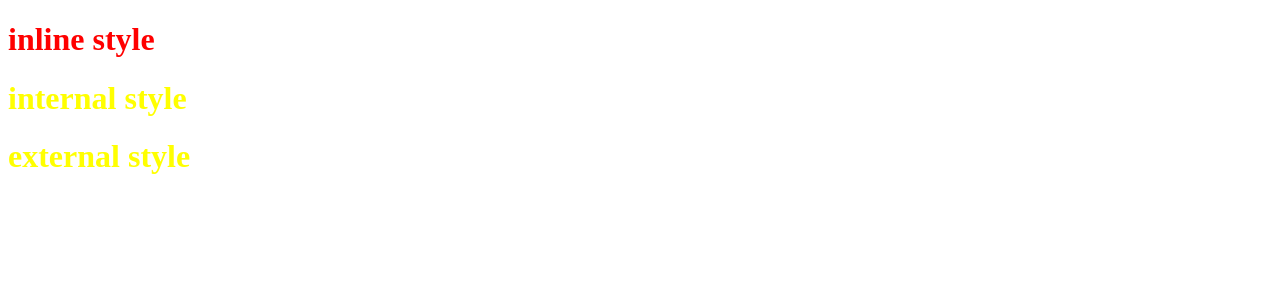
Repository: kwakminjung/bootclass
Page: Day2/frontend/src/main/resources/static/index.html
The author's editor kept a copy of each file at every save. The page is drawn from the files as they stood at one save, then again after the next save.
The browser window is 1280 px wide. The pictures show the whole page.

Above is the page before, as saved 2024-07-02 01:23:59.

After the next save:
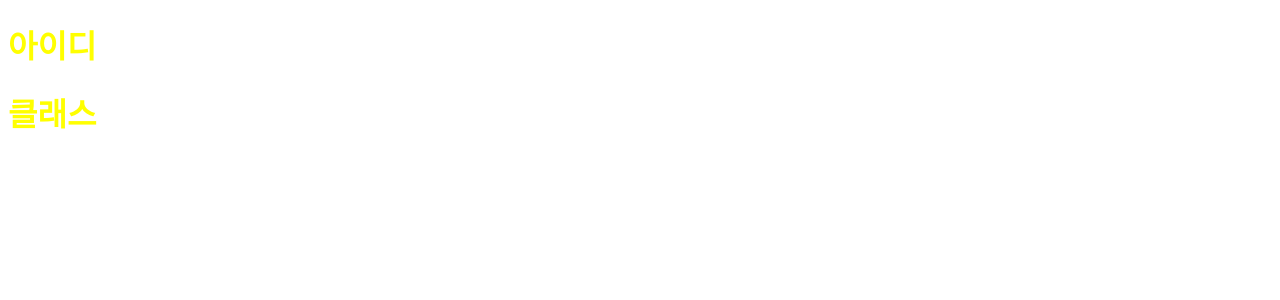
Saved 15 min 5 s later.
--- a/Day2/frontend/src/main/resources/static/index.html
+++ b/Day2/frontend/src/main/resources/static/index.html
@@ -2,23 +2,14 @@
 <html>
 <head>
 <meta charset="UTF-8">
-<title>내부 스타일</title>
-<style>
-
-h1 {
-color:blue;
-}
-
-</style>
+<title>id와 클래스</title>
 <link rel="stylesheet" href="style.css">
 </head>
 <body>
 
-<h1 style="color:red">inline style</h1>
+<h1>아이디</h1>
 
-<h1>internal style</h1>
-
-<h1>external style</h1>
+<h1>클래스</h1>
 
 </body>
 </html>
